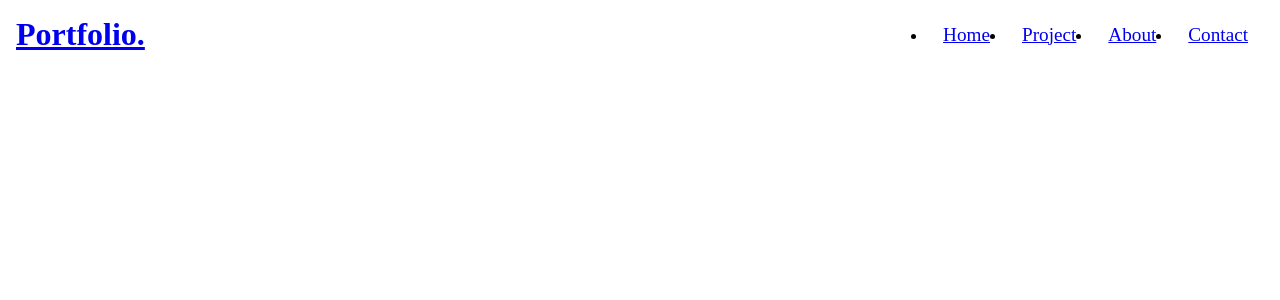
Repository: parisha-b3/My_Portfolio
Page: /
These files come from the project's save history. The page is drawn as it stood at one moment and after the next save; the edit follows.
The browser window is 1280 px wide. The pictures show the whole page.
The project was rebuilt for these pictures with package versions that can differ from the ones it lists, and the page was loaded fresh each time. Also part of the build but not shown: src/routes/About.js, src/routes/Project.js, src/routes/Contact.js.

Above is the page before, as saved 2024-10-14 11:48:41.

### src/index.js
import React from 'react';
import ReactDOM from 'react-dom/client';
import './index.css';
import App from './App';
import { BrowserRouter } from "react-router-dom";

const root = ReactDOM.createRoot(document.getElementById('root'));
root.render(
  <BrowserRouter>
    <App />
  </BrowserRouter>
);

;

### src/index.css
@import url('https://fonts.googleapis.com/css2?family=Roboto:ital,wght@0,100;0,300;0,400;0,500;0,700;0,900;1,100;1,300;1,400;1,500;1,700;1,900&display=swap');

*{
  box-sizing: border-box;
  margin: 0;
  padding: 0;
  font-family: ;
}

### src/App.js
import React from "react";
import "./index.css";
import Home from "./routes/Home";
import About from "./routes/About";
import Project from "./routes/Project";
import Contact from "./routes/Contact";
import { Route, Routes } from "react-router-dom";


function App() {
  return (
    <>
    <Routes>
      <Route path="/" element={<Home />} />
      <Route path="/about" element={<About />} />
      <Route path="/project" element={<Project />} />
      <Route path="/contact" element={<Contact />} />
    </Routes>
    </>
  );
}

export default App;

### src/routes/Home.js
import React from 'react';
import Navbar from "../components/Navbar";

const Home = () => {
  return (
    <div>
      <Navbar/>
    </div>
  )
}

export default Home

### src/components/Navbar.js
import { Link } from "react-router-dom";
import "./NavbarStyles.css";
import React from 'react'

const Navbar = () => {
  return (
    <div className="header">
        <Link to="/">
        <h1>Portfolio.</h1>
        </Link>
        <ul className="nav-menu">
            <li><Link to="/">Home</Link></li>
            <li><Link to="/project">Project</Link></li>
            <li><Link to="/about">About</Link></li>
            <li><Link to="/contact">Contact</Link></li>
        </ul>

    </div>
  )
}

export default Navbar

### src/components/NavbarStyles.css
.header{
    display: flex;
    justify-content: space-between;
    align-items: center;
    padding: 1rem;
}
.nav-menu{
    display: flex;
}
.nav-menu li{
    padding: 0 1rem;
}
.nav-menu a{
    font-size: 1.2rem;
    font-weight: 500;
}

Loaded but not shown: public/index.html (common file)

After the next save:
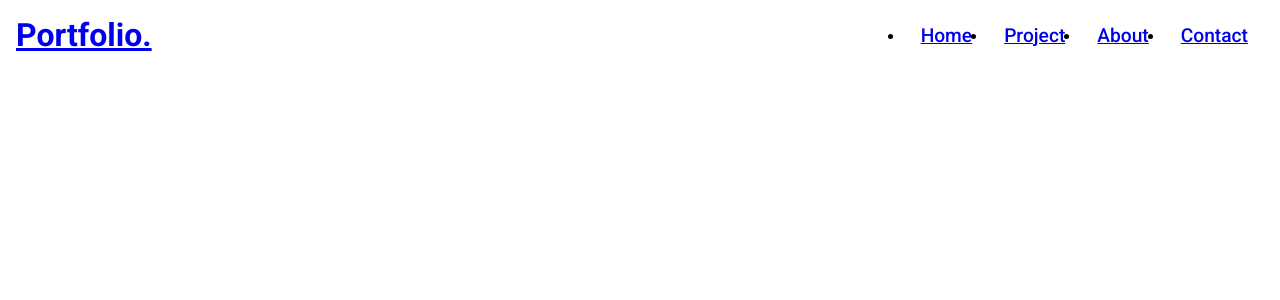
Saved 5 s later.
--- a/src/index.css
+++ b/src/index.css
@@ -4,5 +4,5 @@
   box-sizing: border-box;
   margin: 0;
   padding: 0;
-  font-family: ;
+  font-family: 'Roboto';
 }
